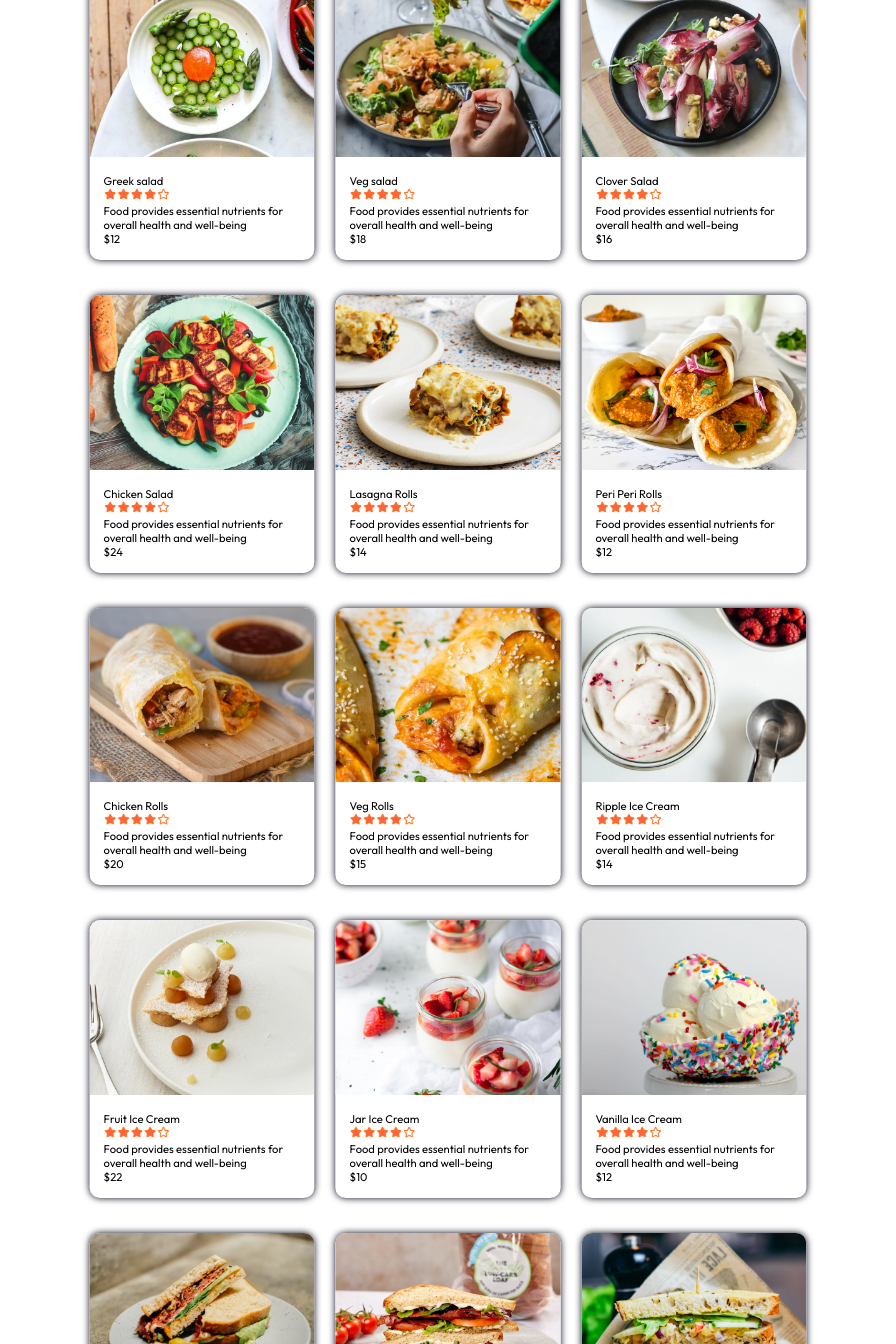
Repository: guilhermecardoso93/tomato-front-end
Page: /
The author's editor kept a copy of each file at every save. The page is drawn from the files as they stood at one save, then again after the next save.
The browser window is 1280 px wide. The pictures show the part of the page from y = 1018 to 2938 px (the page is 5859 px tall before and 5606 px after), at 70% of full size.
The project was rebuilt for these pictures with package versions that can differ from the ones it lists, and the page was loaded fresh each time. Also part of the build but not shown: vite.config.js, src/pages/Cart/styles.css, src/pages/Cart/index.jsx, src/pages/PlaceOrder/styles.css, src/pages/PlaceOrder/index.jsx.

Above is the page before, as saved 2024-10-30 19:35:08.

After the next save:
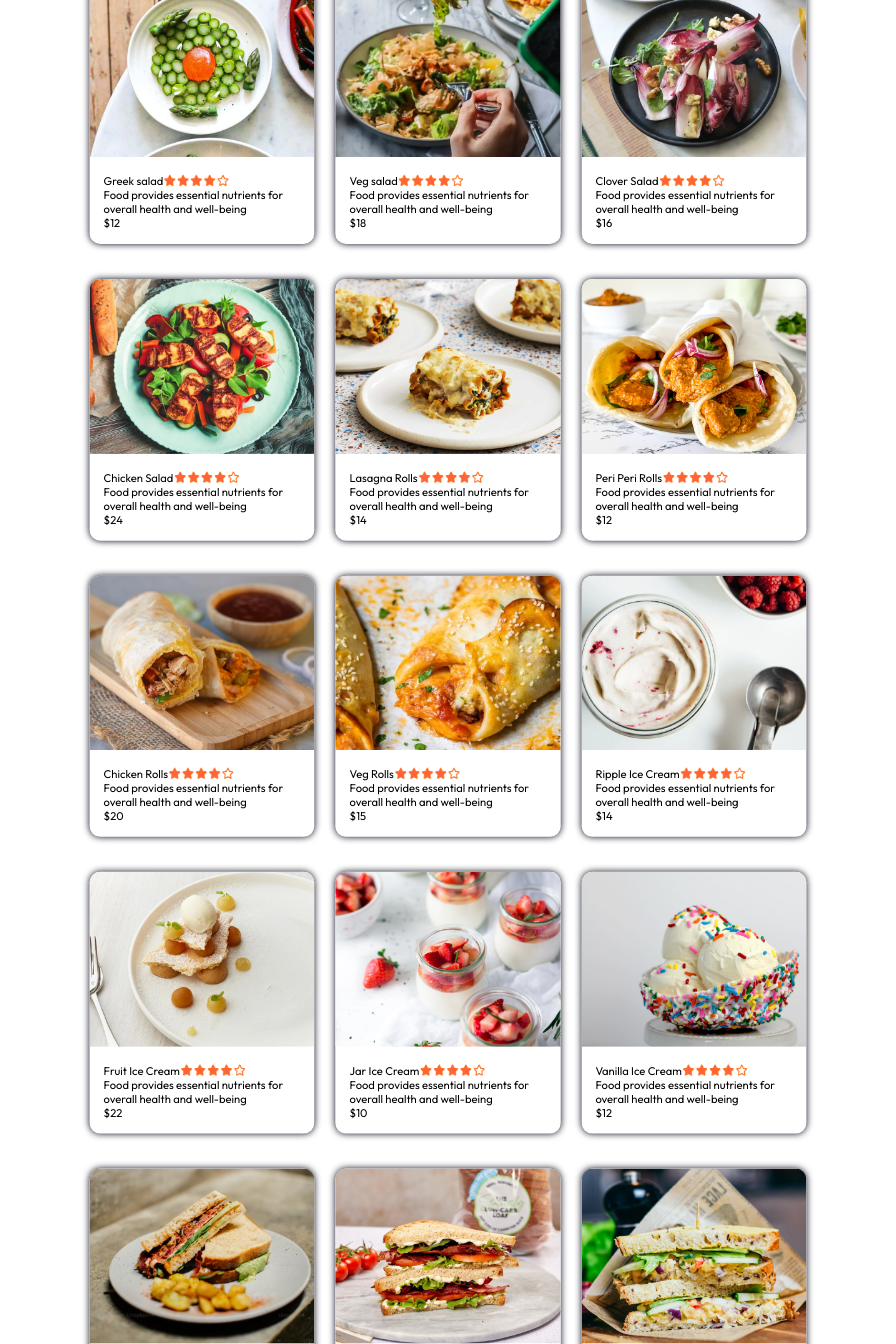
Saved 20 s later.
--- a/src/components/FoodItem/styles.css
+++ b/src/components/FoodItem/styles.css
@@ -15,3 +15,7 @@
 .food-item-info {
   padding: 20px;
 }
+
+.food-item-name-rating {
+  display: flex;
+}
